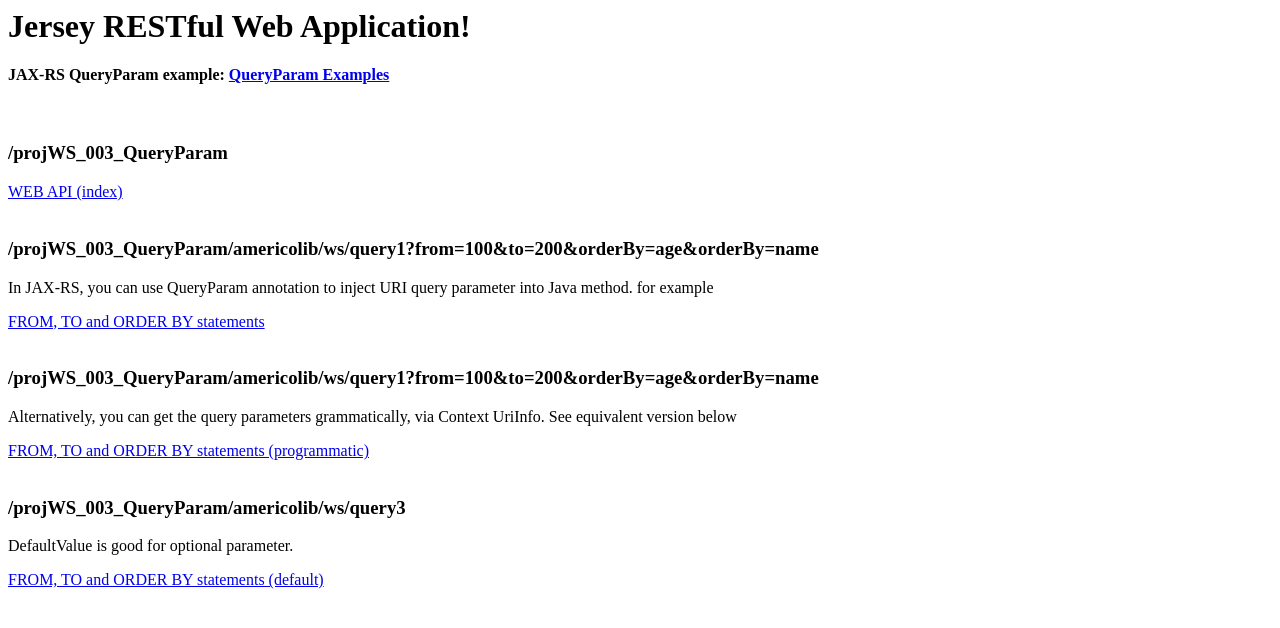
Repository: atafs/BackEnd_JAX-RS_REST_2continue
Page: http://localhost/projWS_003_QueryParam/
These files come from the project's save history. The page is drawn as it stood at one moment and after the next save; the edit follows.
The browser window is 1280 px wide. The pictures show the whole page.
The page is served by Tomcat 9. Other server files are loaded and not shown.

Above is the page before, as saved 2016-05-02 10:14:54.

### projWS_003_QueryParam/src/main/webapp/index.jsp
<html>
<body>
    <!-- TITLE -->
	<h1>Jersey RESTful Web Application!</h1>


	<!-- TEXT -->
	<h4>JAX-RS QueryParam example: <a href="http://www.mkyong.com/webservices/jax-rs/jax-rs-queryparam-example/">QueryParam Examples</a></h4><br/>

	<!-- LINKS -->
	<h3>/projWS_003_QueryParam</h3>
	<a href="http://localhost:8085/projWS_003_QueryParam/">WEB API (index)</a><br/><br/>

	<h3>/projWS_003_QueryParam/americolib/ws/query1?from=100&to=200&orderBy=age&orderBy=name</h3>
	<p>In JAX-RS, you can use QueryParam annotation to inject URI query parameter into Java method. for example</p>
	<a href="http://localhost:8085/projWS_003_QueryParam/americolib/ws/query1?from=100&to=200&orderBy=age&orderBy=name">FROM, TO and ORDER BY statements</a><br/><br/>

	<h3>/projWS_003_QueryParam/americolib/ws/query1?from=100&to=200&orderBy=age&orderBy=name</h3>
	<p>Alternatively, you can get the query parameters grammatically, via Context UriInfo. See equivalent version below</p>
	<a href="http://localhost:8085/projWS_003_QueryParam/americolib/ws/query2?from=100&to=200&orderBy=age&orderBy=name">FROM, TO and ORDER BY statements (programmatic)</a><br/><br/>

	<h3>/projWS_003_QueryParam/americolib/ws/query3</h3>
	<p>DefaultValue is good for optional parameter.</p>
	<a href="http://localhost:8085/projWS_003_QueryParam/americolib/ws/query3">FROM, TO and ORDER BY statements (default)</a><br/><br/>




</body>
</html>

After the next save:
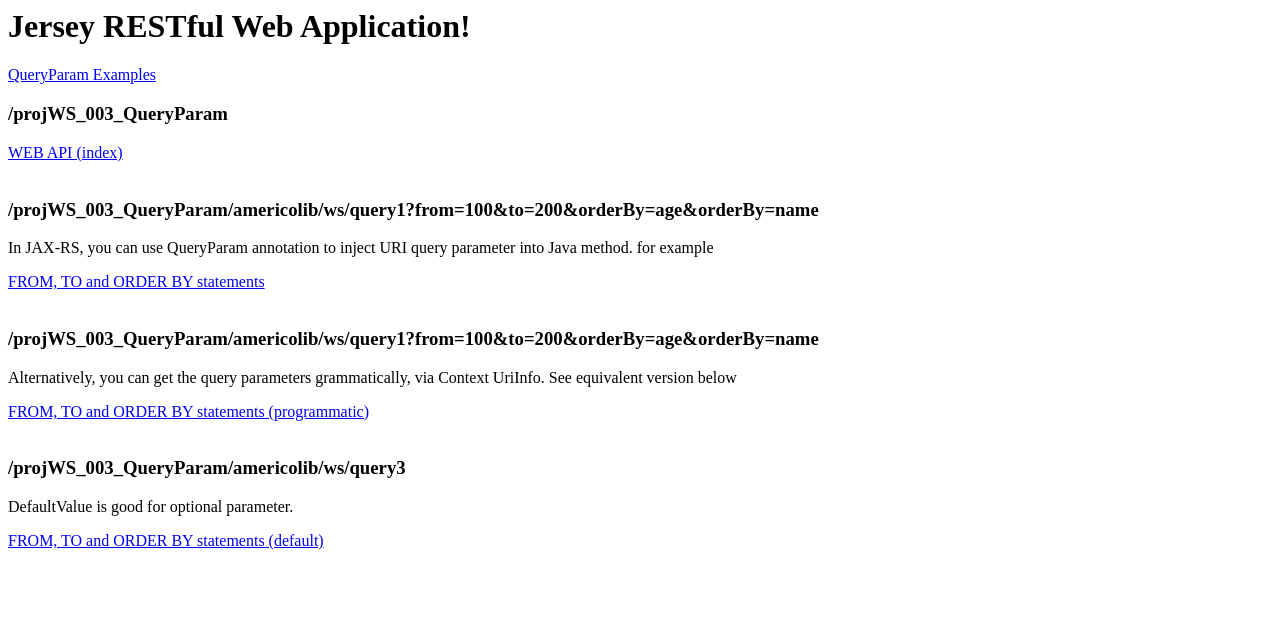
Saved 56 s later.
--- a/projWS_003_QueryParam/src/main/webapp/index.jsp
+++ b/projWS_003_QueryParam/src/main/webapp/index.jsp
@@ -5,7 +5,7 @@
 
 
 	<!-- TEXT -->
-	<h4>JAX-RS QueryParam example: <a href="http://www.mkyong.com/webservices/jax-rs/jax-rs-queryparam-example/">QueryParam Examples</a></h4><br/>
+	<a href="http://www.mkyong.com/webservices/jax-rs/jax-rs-queryparam-example/">QueryParam Examples</a><br/>
 
 	<!-- LINKS -->
 	<h3>/projWS_003_QueryParam</h3>
